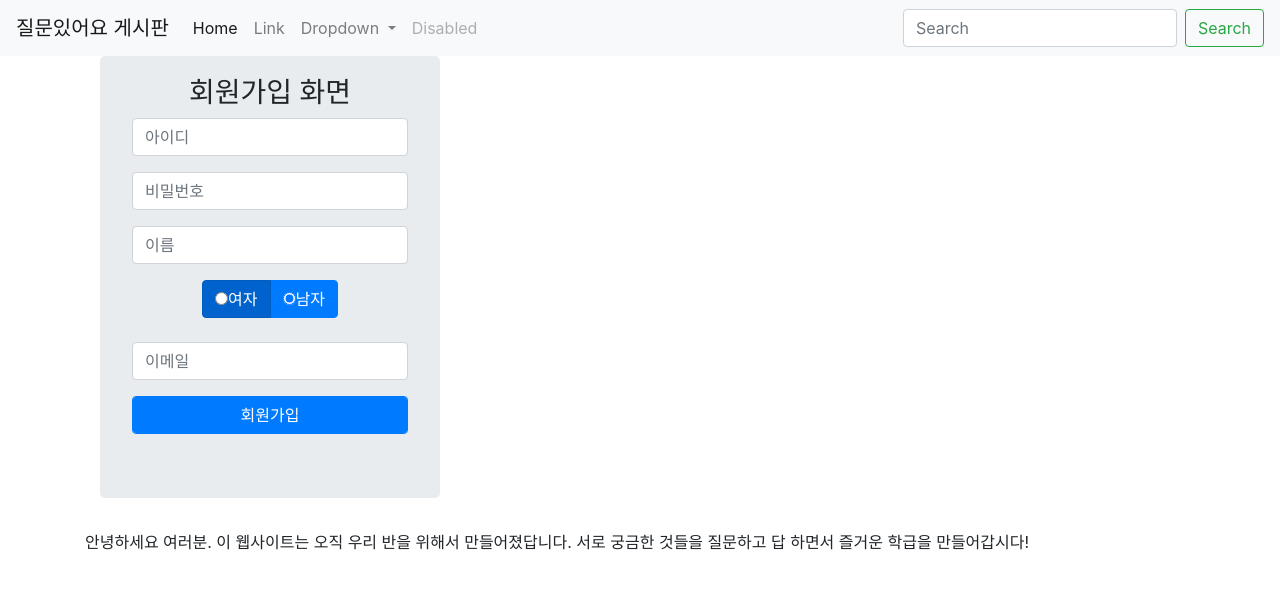
Repository: Munro-L/I-spy-oT__cuHacking-2019
Page: http://localhost/BBS/join.jsp
The author's editor kept a copy of each file at every save. The page is drawn from the files as they stood at one save, then again after the next save.
The browser window is 1280 px wide. The pictures show the whole page.
The page is served by Tomcat 9.

Above is the page before, as saved 2019-02-01 19:45:29.

After the next save:
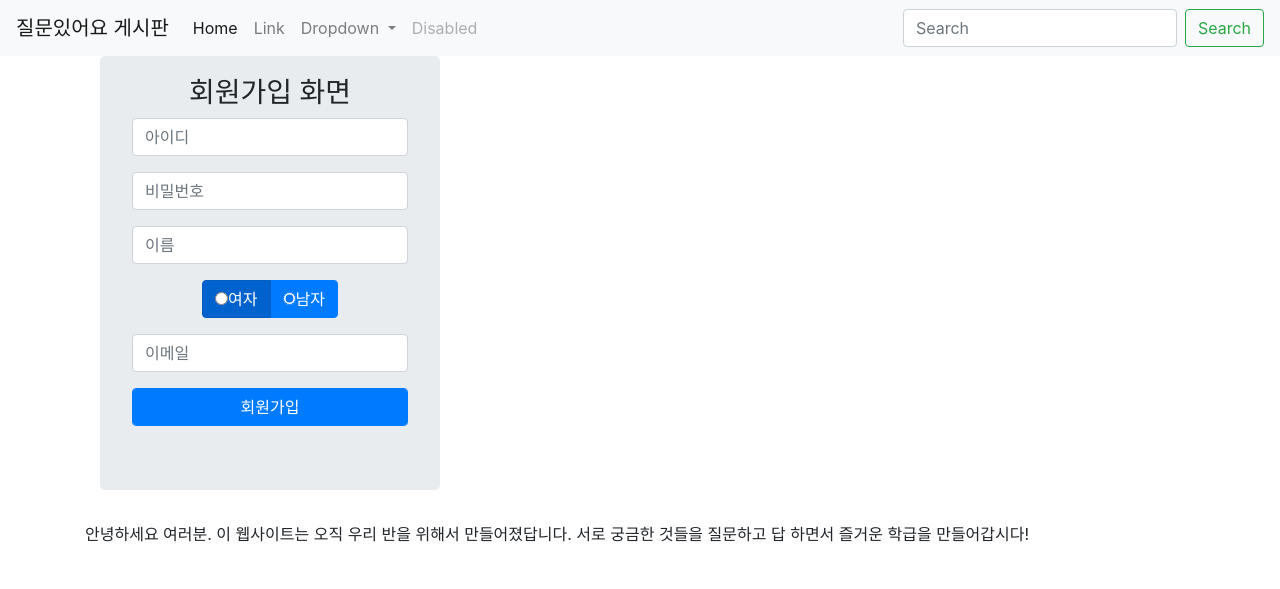
Saved 2 min 0 s later.
--- a/BBS-master/projects/BBS/WebContent/join.jsp
+++ b/BBS-master/projects/BBS/WebContent/join.jsp
@@ -62,12 +62,12 @@
 					</div>
 					<div class="form-group" style="text-align:center;">
 						<div class="btn-group" data-toggle="buttons">
-							<label class="btn btn-primary active">
+							<button type="button" class="btn btn-primary active">
 								<input type="radio" name="userGender" autocomplete="off" value="여자" checked>여자
-							</label>
-							<label class="btn btn-primary">
+							</button>
+							<button type="button" class="btn btn-primary">
 								<input type="radio" name="userGender" autocomplete="off" value="남자" checked>남자
-							</label>
+							</button>
 						</div>
 					</div>
 					<div class="form-group">
